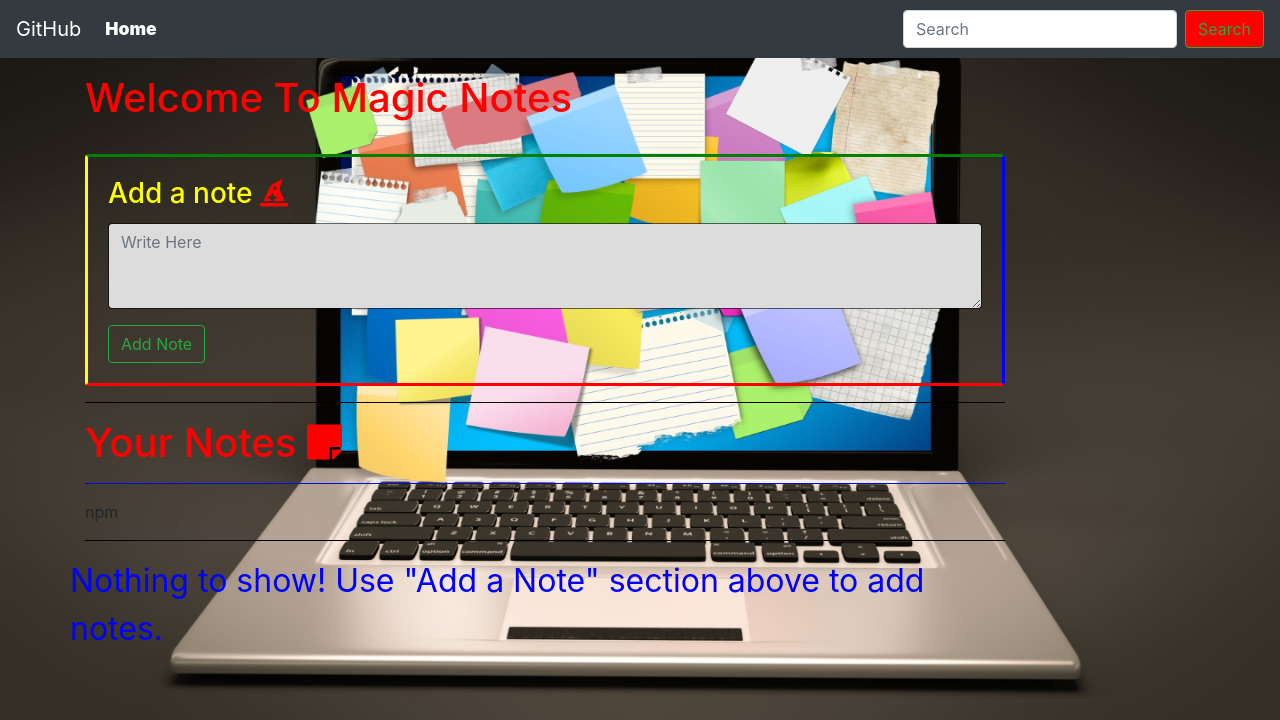
Repository: Prrajainn/Project-MagiCNotes
Page: magicNotes.html
These files come from the project's save history. The page is drawn as it stood at one moment and after the next save; the edit follows.
The browser window is 1280 px wide. The pictures show the whole page.

Above is the page before, as saved 2020-08-11 21:25:14.

After the next save:
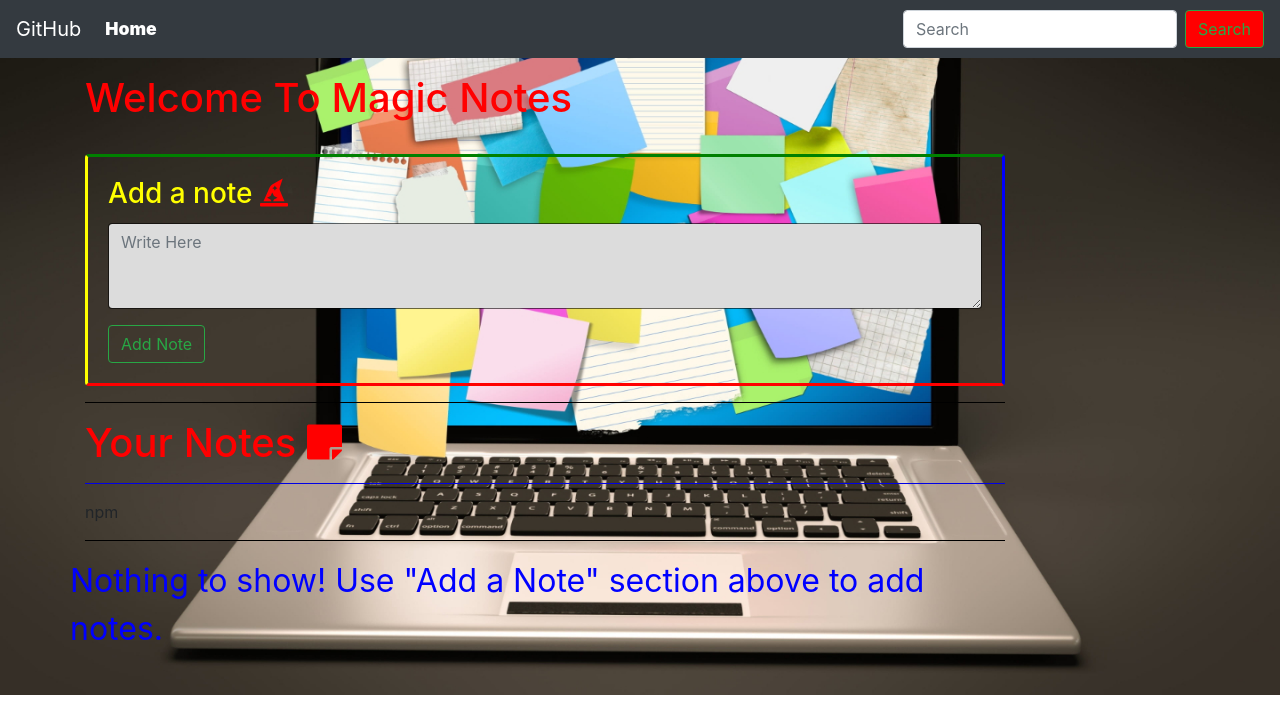
Saved 5 s later.
--- a/magicNotes.html
+++ b/magicNotes.html
@@ -20,7 +20,7 @@
 
       background-repeat: no-repeat;
       background-size: cover;
-      background-position: ;
+      background-position: center;
 
     }
   </style>

After the 2 saves that followed:
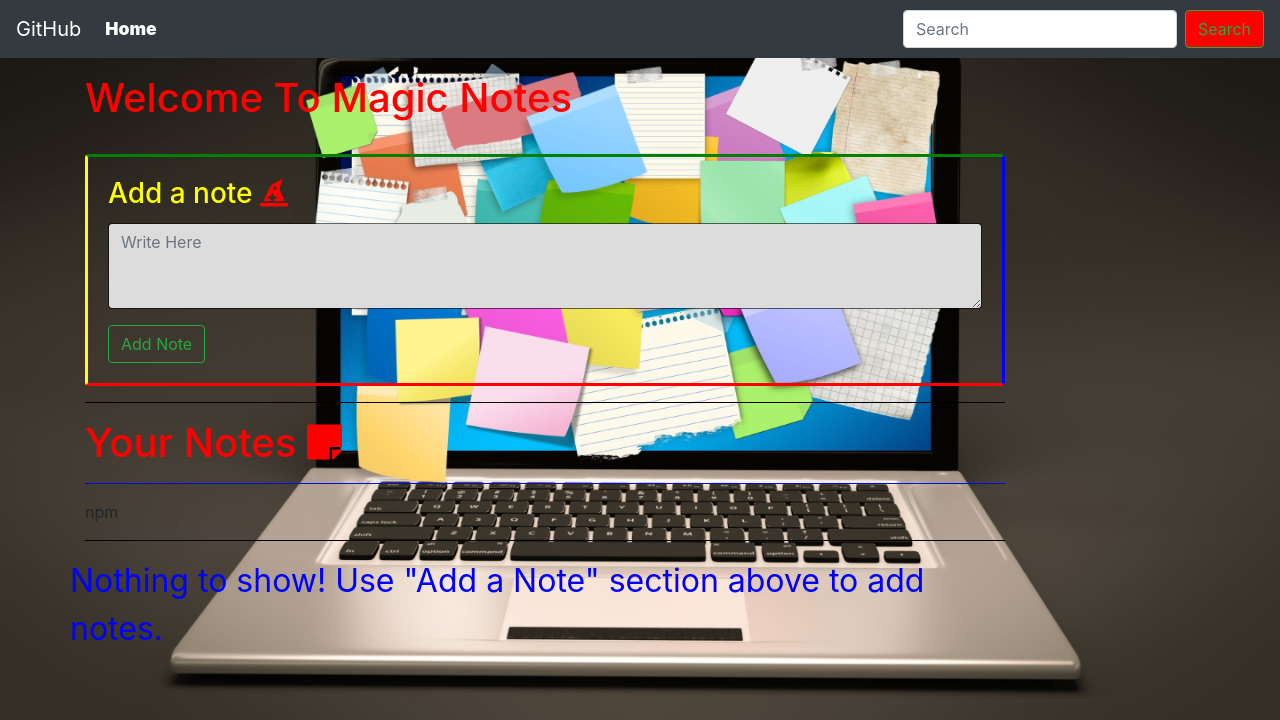
The 2 saves are shown as one change because they came seconds apart.
The last was saved 27 s later.
--- a/magicNotes.html
+++ b/magicNotes.html
@@ -20,7 +20,7 @@
 
       background-repeat: no-repeat;
       background-size: cover;
-      background-position: center;
+      background-position: ;
 
     }
   </style>
